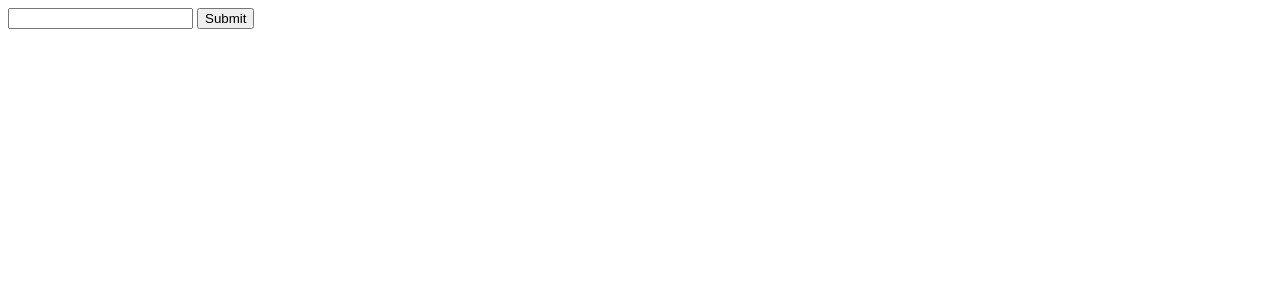
Repository: fakebrianho/baseExample
Page: public/index.html
These files come from the project's save history. The page is drawn as it stood at one moment and after the next save; the edit follows.
The browser window is 1280 px wide. The pictures show the whole page.

Above is the page before, as saved 2022-11-27 20:04:14.

After the next save:
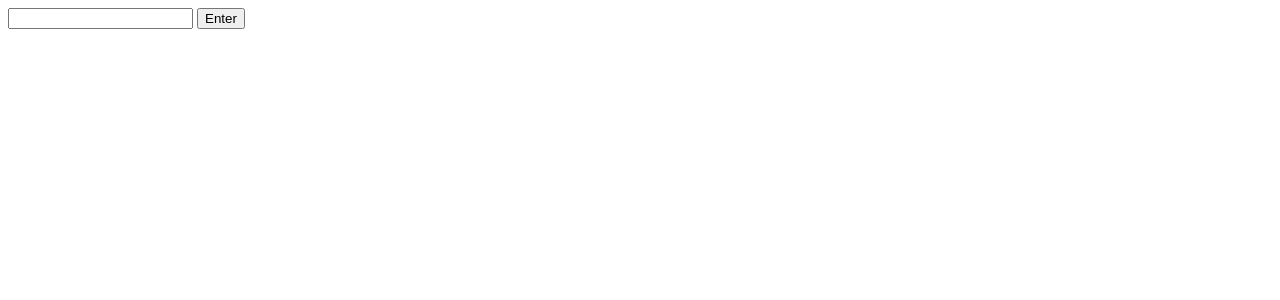
Saved 20 s later.
--- a/public/index.html
+++ b/public/index.html
@@ -13,7 +13,7 @@
         <label for="critique"></label>
         <input type="text" id='critique' name='critique'>
         <label for="button"></label>
-        <input type="submit" name="button" id="button">
+        <button class='submit'>Enter</button>
     </form>
 </body>
 
